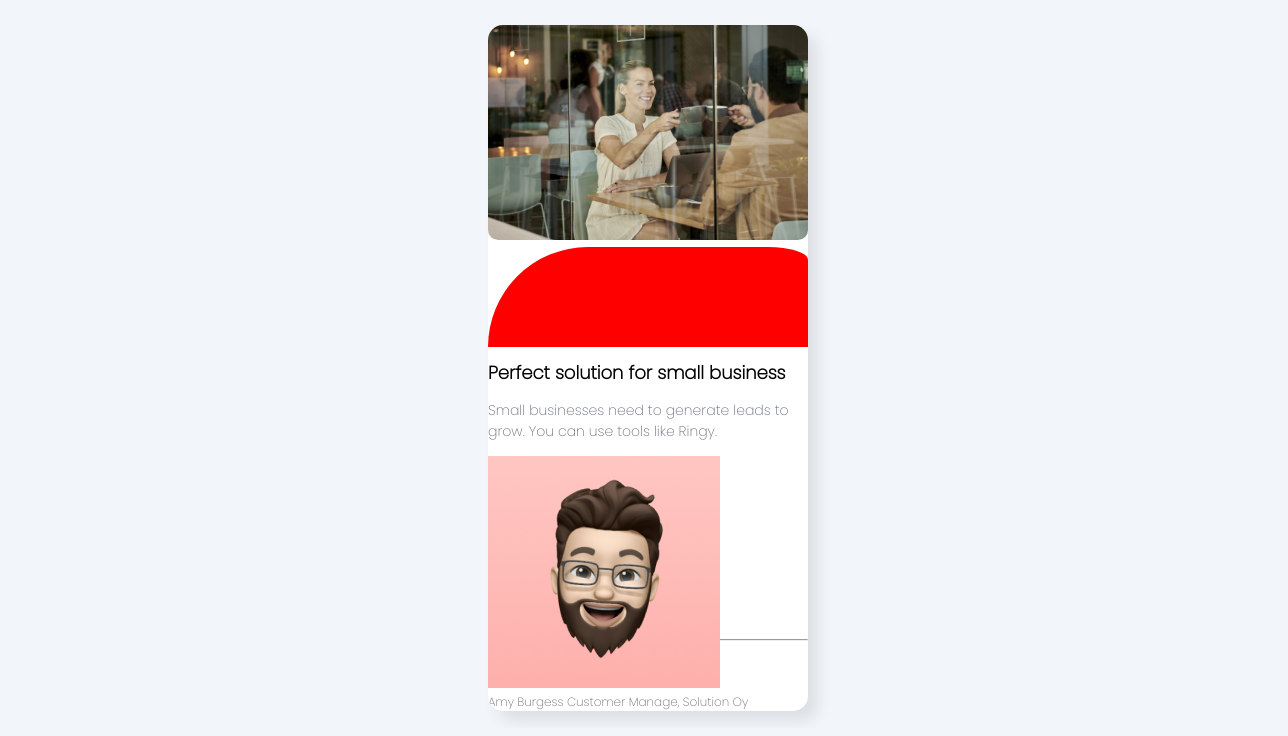
Repository: massndongo/business-blog-card
Page: index.html
These files come from the project's save history. The page is drawn as it stood at one moment and after the next save; the edit follows.
The browser window is 1280 px wide. The page is 1288 px wide, so the pictures cover 1288 px, including what lies to the right of the window. The pictures show the whole page.

Above is the page before, as saved 2023-11-08 03:39:48.

### index.html
<!DOCTYPE html>
<html lang="en">
<head>
    <meta charset="UTF-8">
    <meta name="viewport" content="width=device-width, initial-scale=1.0">
    <link rel="stylesheet" href="css/styles.css">
    <title>Responsive Web Developer Starter - devchallenges.io</title>
    <link rel="icon" href="images/favicon.ico" type="image/x-icon" sizes="any">
</head>
<body>
    <div class="card">
        <div>
            <img id="imgBu" src="images/hero-image-business-card.png" alt="" srcset="">
            <div class="wavy"></div>
        </div>
        <h1 class="title">Perfect solution for small business</h1>
        <p class="corps">Small businesses need to generate leads to grow. You can use tools like Ringy.</p>
        <hr>
        <div class="small">
            <img src="images/avatar-image-business-card.png" alt="" srcset="">
            <div>
                <span>Amy Burgess</span>
                <span>Customer Manage, Solution Oy</span>
            </div>
        </div>
    </div>
</body>
</html>

### css/styles.css
@import url('https://fonts.googleapis.com/css2?family=Poppins:wght@200&display=swa');

* {
    box-sizing: border-box;
    font-family: 'Poppins', sans-serif;
    overflow: hidden;
}

/* Add some styles for body*/
body {
    width: 100%;
    height: 100vh;
    background-color: #F2F5F9;
    display: flex;
    justify-content: center;
    align-items: center;

}

.card{
    position: relative;
    flex-direction: column;
    background-color: #FFFFFF;
    box-shadow: 10px 10px 15px 0px rgba(0, 0, 0, 0.09);
    width: 25%;
    height: auto;
    border-radius: 15px;
}
.card img{
}
#imgBu{
    width: 100%;
    border-radius: 10px;
    shape-outside: circle(50% at top left);
}
.wavy{
    height: 100px;
    border-radius: 10rem 20% 0 0;
    background-color: red;
    /* shape-outside: circle(50% at 30%); */
}
.title{
    font-size: 18px;

}
.corps{
    font-size: 14px;

}
.small{
    position: relative;
    font-size: 12px;
}
.corps, .small, hr{
    color: #6C727F
}
hr{
    width: 100%;
    height: 1px;
    position: absolute;
    bottom: 9%;
    left: 0;
    right: 0;
    background-color: #6c727f85;
}

@media screen and (max-width: 768px) {
    .card {
        width: 90%;
    }
}

After the next save:
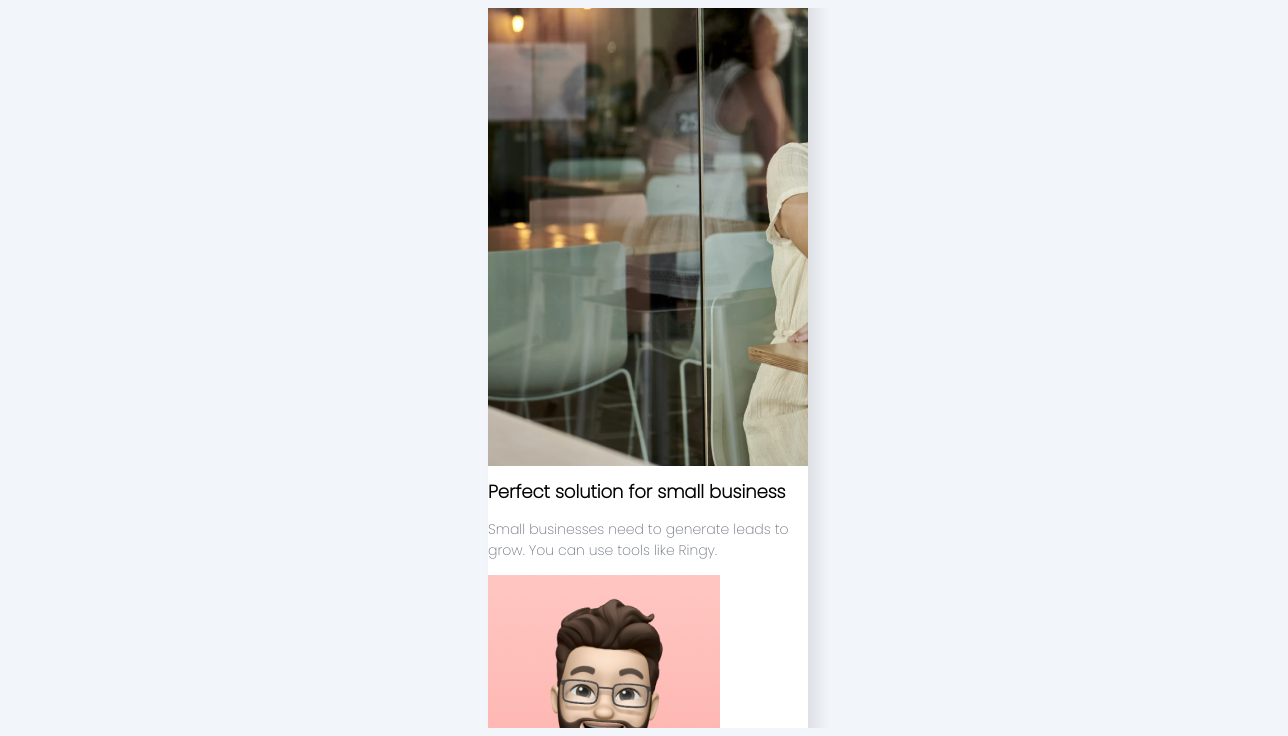
Saved 80 s later.
--- a/css/styles.css
+++ b/css/styles.css
@@ -29,9 +29,8 @@ body {
 .card img{
 }
 #imgBu{
-    width: 100%;
-    border-radius: 10px;
-    shape-outside: circle(50% at top left);
+    float: left;
+    shape-outside: polygon(0px 0px, 0px 189px, 100.48% 94.71%, 200px 120px, 80.67% 37.17%);
 }
 .wavy{
     height: 100px;
